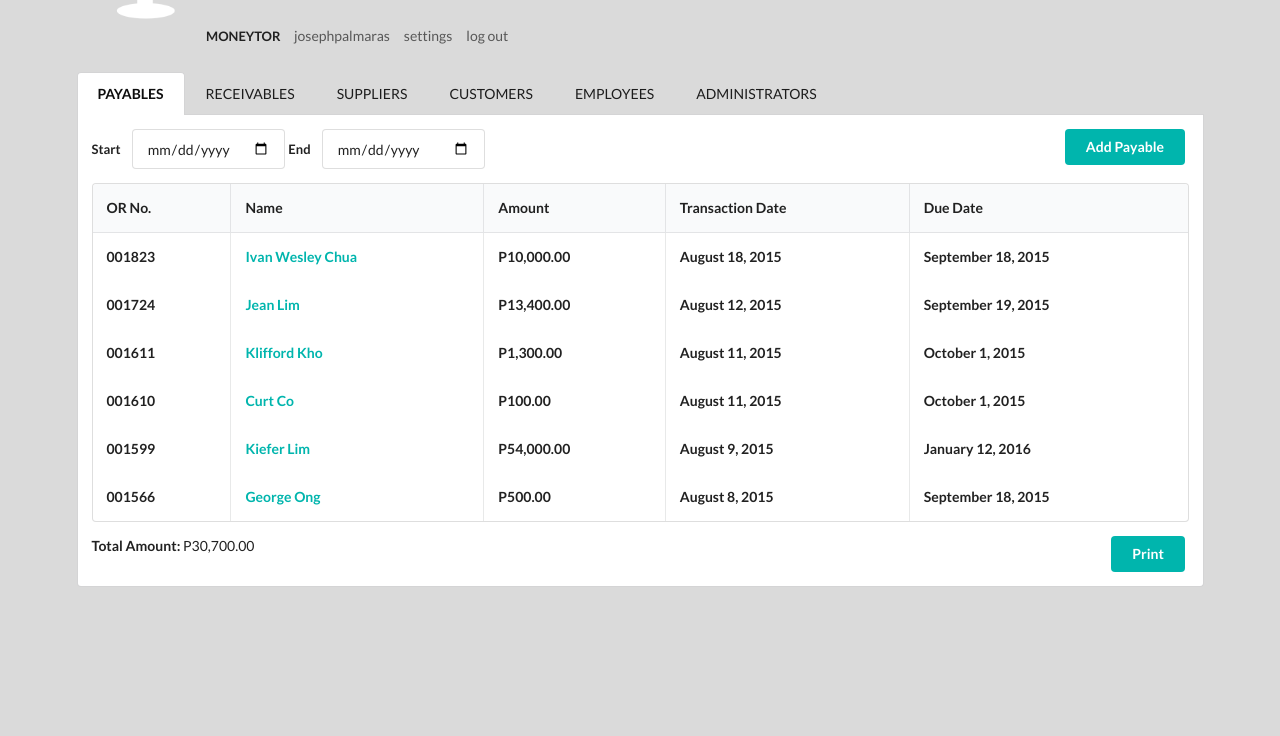
Repository: TV5/MoneyTor
Page: Workspace/MoneyTor/war/main.html
The author's editor kept a copy of each file at every save. The page is drawn from the files as they stood at one save, then again after the next save.
The browser window is 1280 px wide. The pictures show the whole page.

Above is the page before, as saved 2015-08-18 16:15:19.

After the next save:
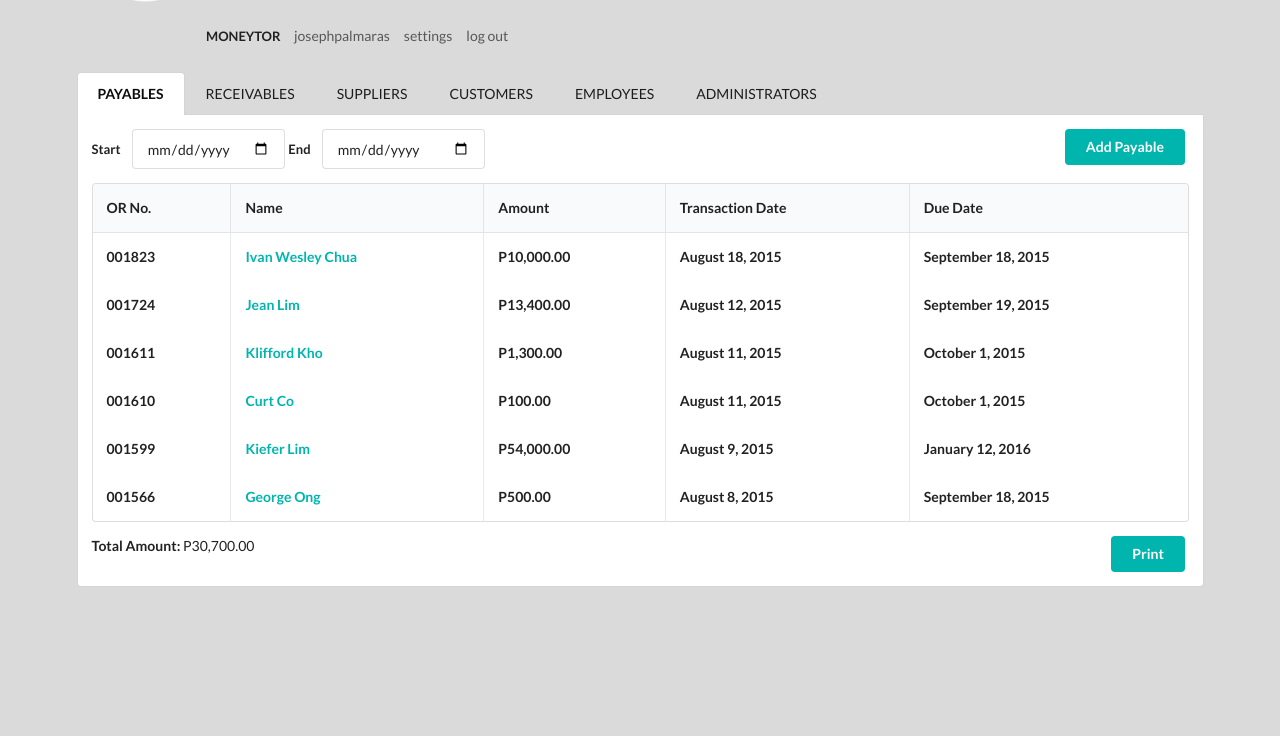
Saved 35 s later.
--- a/Workspace/MoneyTor/war/main.html
+++ b/Workspace/MoneyTor/war/main.html
@@ -66,7 +66,7 @@
 
 <div class="ui container">
 	<div class="ui text menu firstmenu" width="100%">
-	  <img src="assets/images/logo.png" class="ui image" style="width:10%;height:10%">
+	  <img src="assets/images/logo.png" class="ui image" style="width:10%;height:10%;padding:20px">
 	  <div class="header item">MONEYTOR </div>
 	  <a class="item">
 	    josephpalmaras
